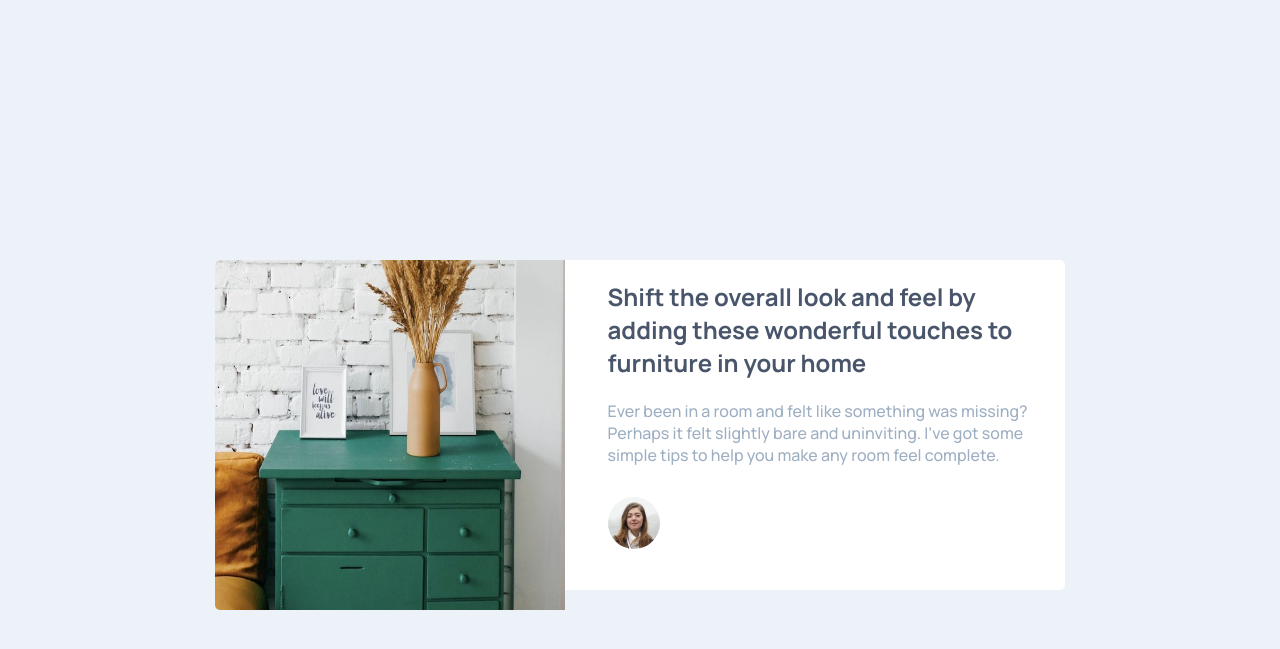
Repository: ricky603/training-css
Page: article-preview-component-master/index.html
The author's editor kept a copy of each file at every save. The page is drawn from the files as they stood at one save, then again after the next save.
The browser window is 1280 px wide. The pictures show the whole page.

Above is the page before, as saved 2020-09-09 09:04:41.

After the next save:
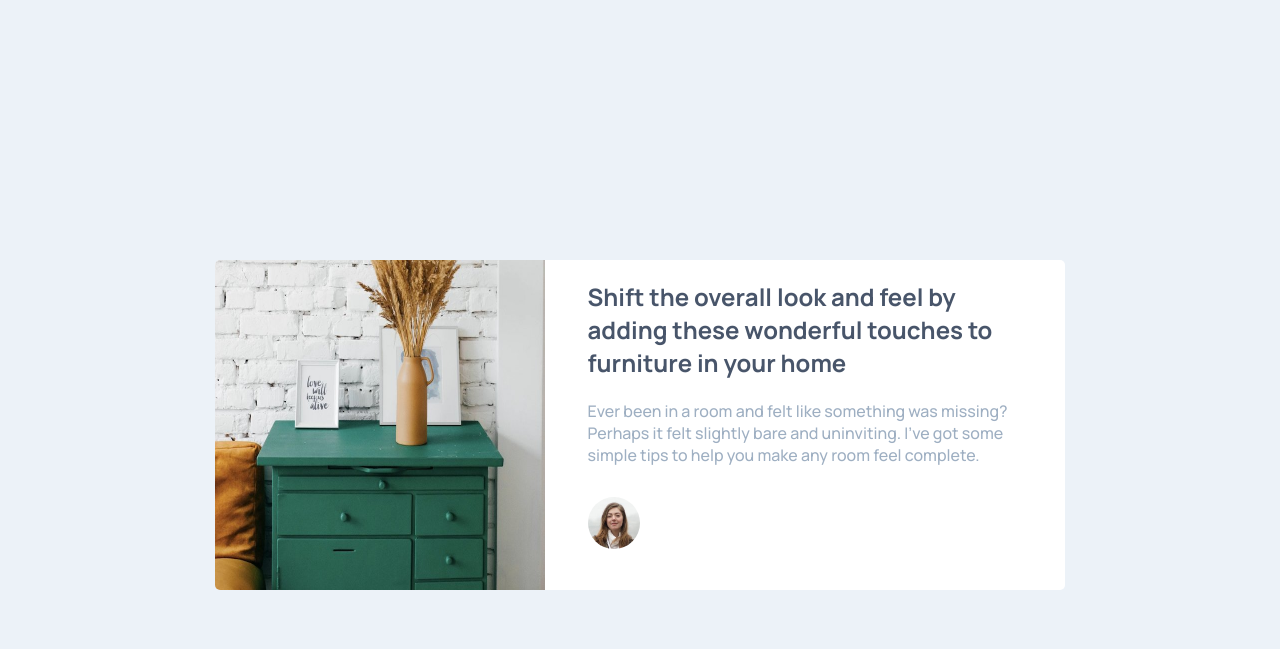
Saved 10 s later.
--- a/article-preview-component-master/styles.css
+++ b/article-preview-component-master/styles.css
@@ -47,8 +47,8 @@ h2 {
 }
 
 .drawer {
-    width: 350px;
-    height: 350px;
+    width: 330px;
+    height: 330px;
     border-radius: 5px 0 0 5px;
 }
 
